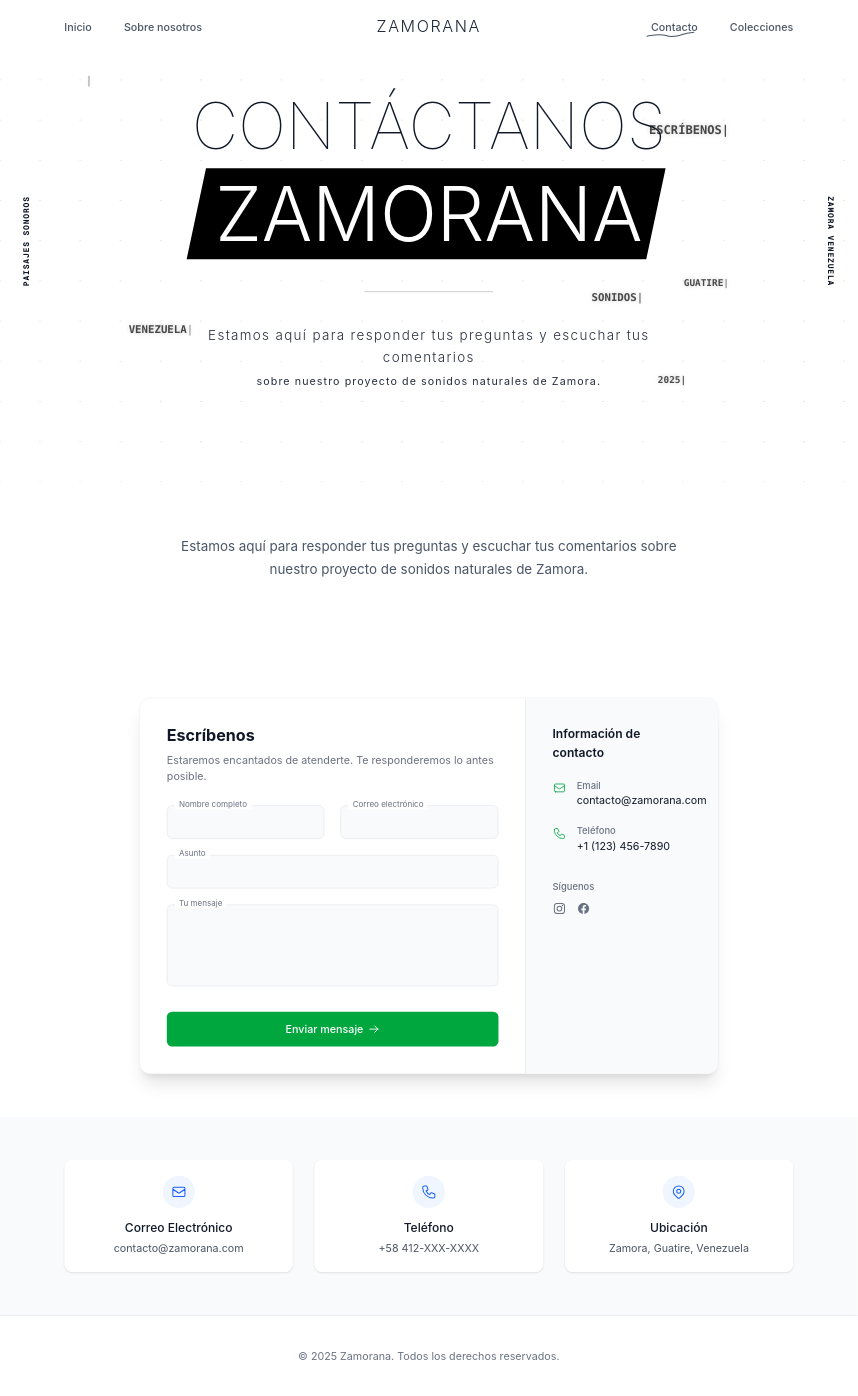
Repository: Alxre98/Zamorana
Page: /contact
These files come from the project's save history. The page is drawn as it stood at one moment and after the next save; the edit follows.
The browser window is 1280 px wide. The pictures show the whole page, at 67% of full size.
The project was rebuilt for these pictures with package versions that can differ from the ones it lists, and the page was loaded fresh each time. The framework's server and built-in components were replaced by stand-ins that run in the browser. Also part of the build but not shown: next.config.ts.

Above is the page before, as saved 2025-06-22 16:38:48.

### src/app/layout.tsx
import type { Metadata } from "next";
import { Geist, Geist_Mono } from "next/font/google";
import "./globals.css";
import { DefaultTemplate } from "@/components/templates/DefaultTemplate";

const geistSans = Geist({
  variable: "--font-geist-sans",
  subsets: ["latin"],
});

const geistMono = Geist_Mono({
  variable: "--font-geist-mono",
  subsets: ["latin"],
});

export const metadata: Metadata = {
  title: "Zamorana - Sonidos de la Naturaleza",
  description: "Explora y descubre los sonidos más relajantes de la naturaleza",
  icons: {
    icon: "/zamorana-logo.png",
    shortcut: "/zamorana-logo.png",
    apple: "/zamorana-logo.png",
  },
  openGraph: {
    title: "Zamorana - Sonidos de la Naturaleza",
    description:
      "Explora y descubre los sonidos más relajantes de la naturaleza",
    type: "website",
    locale: "es_ES",
    url: "https://zamorana.vercel.app",
    siteName: "Zamorana",
  },
};

export default function RootLayout({
  children,
}: Readonly<{
  children: React.ReactNode;
}>) {
  return (
    <html lang="es">
      <body
        className={`${geistSans.variable} ${geistMono.variable} antialiased`}
      >
        <DefaultTemplate>{children}</DefaultTemplate>
      </body>
    </html>
  );
}

### src/app/contact/page.tsx
import { ContactHero } from "@/components/organisms/ContactHero";

export default function ContactPage() {
  return (
    <div className="bg-white">
      <ContactHero />

      <div className="py-20 px-4 max-w-6xl mx-auto">
        <div className="max-w-3xl mx-auto text-center">
          <p className="text-lg md:text-xl text-gray-600 mb-8 leading-relaxed">
            Estamos aquí para responder tus preguntas y escuchar tus comentarios
            sobre nuestro proyecto de sonidos naturales de Zamora.
          </p>
        </div>
      </div>

      <div id="contact-form"></div>

      {/* Contact Form Section */}
      <section className="py-16 px-4 max-w-4xl mx-auto">
        <div className="bg-white rounded-2xl shadow-xl overflow-hidden border border-gray-100">
          <div className="md:flex">
            {/* Left Side - Form */}
            <div className="p-8 md:p-10 md:w-2/3">
              <h2 className="text-2xl font-bold text-gray-900 mb-2">
                Escríbenos
              </h2>
              <p className="text-gray-500 mb-8">
                Estaremos encantados de atenderte. Te responderemos lo antes
                posible.
              </p>

              <form className="space-y-6">
                <div className="grid grid-cols-1 md:grid-cols-2 gap-6">
                  <div className="relative">
                    <input
                      type="text"
                      id="name"
                      name="name"
                      className="peer w-full px-4 py-3 text-gray-700 bg-gray-50 border border-gray-200 rounded-lg focus:ring-2 focus:ring-green-500 focus:border-transparent transition-all duration-200"
                      placeholder=" "
                      required
                    />
                    <label
                      htmlFor="name"
                      className="absolute left-3 -top-2.5 px-1.5 bg-white text-xs text-gray-500 transition-all duration-200 peer-focus:text-green-600 pointer-events-none"
                    >
                      Nombre completo
                    </label>
                  </div>

                  <div className="relative">
                    <input
                      type="email"
                      id="email"
                      name="email"
                      className="peer w-full px-4 py-3 text-gray-700 bg-gray-50 border border-gray-200 rounded-lg focus:ring-2 focus:ring-green-500 focus:border-transparent transition-all duration-200"
                      placeholder=" "
                      required
                    />
                    <label
                      htmlFor="email"
                      className="absolute left-3 -top-2.5 px-1.5 bg-white text-xs text-gray-500 transition-all duration-200 peer-focus:text-green-600 pointer-events-none"
                    >
                      Correo electrónico
                    </label>
                  </div>
                </div>

                <div className="relative">
                  <input
                    type="text"
                    id="subject"
                    name="subject"
                    className="peer w-full px-4 py-3 text-gray-700 bg-gray-50 border border-gray-200 rounded-lg focus:ring-2 focus:ring-green-500 focus:border-transparent transition-all duration-200"
                    placeholder=" "
                    required
                  />
                  <label
                    htmlFor="subject"
                    className="absolute left-3 -top-2.5 px-1.5 bg-white text-xs text-gray-500 transition-all duration-200 peer-focus:text-green-600 pointer-events-none"
                  >
                    Asunto
                  </label>
                </div>

                <div className="relative">
                  <textarea
                    id="message"
                    name="message"
                    rows={4}
                    className="peer w-full px-4 py-3 text-gray-700 bg-gray-50 border border-gray-200 rounded-lg focus:ring-2 focus:ring-green-500 focus:border-transparent transition-all duration-200 resize-none"
                    placeholder=" "
                    required
                  ></textarea>
                  <label
                    htmlFor="message"
                    className="absolute left-3 -top-2.5 px-1.5 bg-white text-xs text-gray-500 transition-all duration-200 peer-focus:text-green-600 pointer-events-none"
                  >
                    Tu mensaje
                  </label>
                </div>

                <div className="pt-2">
                  <button
                    type="submit"
                    className="w-full py-3.5 px-6 bg-green-600 hover:bg-green-700 text-white font-medium rounded-lg transition-all duration-300 flex items-center justify-center space-x-2"
                  >
                    <span>Enviar mensaje</span>
                    <svg
                      className="w-4 h-4"
                      fill="none"
                      stroke="currentColor"
                      viewBox="0 0 24 24"
                      xmlns="http://www.w3.org/2000/svg"
                    >
                      <path
                        strokeLinecap="round"
                        strokeLinejoin="round"
                        strokeWidth="2"
                        d="M14 5l7 7m0 0l-7 7m7-7H3"
                      ></path>
                    </svg>
                  </button>
                </div>
              </form>
            </div>

            {/* Right Side - Info */}
            <div className="bg-gray-50 p-8 md:p-10 md:w-1/3 border-t md:border-t-0 md:border-l border-gray-200">
              <h3 className="text-lg font-semibold text-gray-900 mb-6">
                Información de contacto
              </h3>

              <div className="space-y-6">
                <div className="flex items-start">
                  <div className="flex-shrink-0 mt-1">
                    <svg
                      className="w-5 h-5 text-green-600"
                      fill="none"
                      stroke="currentColor"
                      viewBox="0 0 24 24"
                      xmlns="http://www.w3.org/2000/svg"
                    >
                      <path
                        strokeLinecap="round"
                        strokeLinejoin="round"
                        strokeWidth="1.5"
                        d="M3 8l7.89 5.26a2 2 0 002.22 0L21 8M5 19h14a2 2 0 002-2V7a2 2 0 00-2-2H5a2 2 0 00-2 2v10a2 2 0 002 2z"
                      ></path>
                    </svg>
                  </div>
                  <div className="ml-4">
                    <p className="text-sm font-medium text-gray-500">Email</p>
                    <p className="text-gray-900">contacto@zamorana.com</p>
                  </div>
                </div>

                <div className="flex items-start">
                  <div className="flex-shrink-0 mt-1">
                    <svg
                      className="w-5 h-5 text-green-600"
                      fill="none"
                      stroke="currentColor"
                      viewBox="0 0 24 24"
                      xmlns="http://www.w3.org/2000/svg"
                    >
                      <path
                        strokeLinecap="round"
                        strokeLinejoin="round"
                        strokeWidth="1.5"
                        d="M3 5a2 2 0 012-2h3.28a1 1 0 01.948.684l1.498 4.493a1 1 0 01-.502 1.21l-2.257 1.13a11.042 11.042 0 005.516 5.516l1.13-2.257a1 1 0 011.21-.502l4.493 1.498a1 1 0 01.684.949V19a2 2 0 01-2 2h-1C9.716 21 3 14.284 3 6V5z"
                      ></path>
                    </svg>
                  </div>
                  <div className="ml-4">
                    <p className="text-sm font-medium text-gray-500">
                      Teléfono
                    </p>
                    <p className="text-gray-900">+1 (123) 456-7890</p>
                  </div>
                </div>

                <div className="pt-4">
                  <p className="text-sm font-medium text-gray-500 mb-3">
                    Síguenos
                  </p>
                  <div className="flex space-x-4">
                    <a
                      href="#"
                      className="text-gray-500 hover:text-green-600 transition-colors duration-200"
                    >
                      <span className="sr-only">Instagram</span>
                      <svg
                        className="w-5 h-5"
                        fill="currentColor"
                        viewBox="0 0 24 24"
                        aria-hidden="true"
                      >
                        <path
                          fillRule="evenodd"
                          d="M12.315 2c2.43 0 2.784.013 3.808.06 1.064.049 1.791.218 2.427.465a4.902 4.902 0 011.772 1.153 4.902 4.902 0 011.153 1.772c.247.636.416 1.363.465 2.427.048 1.067.06 1.407.06 4.123v.08c0 2.643-.012 2.987-.06 4.043-.049 1.064-.218 1.791-.465 2.427a4.902 4.902 0 01-1.153 1.772 4.902 4.902 0 01-1.772 1.153c-.636.247-1.363.416-2.427.465-1.067.048-1.407.06-4.123.06h-.08c-2.643 0-2.987-.012-4.043-.06-1.064-.049-1.791-.218-2.427-.465a4.902 4.902 0 01-1.772-1.153 4.902 4.902 0 01-1.153-1.772c-.247-.636-.416-1.363-.465-2.427-.047-1.024-.06-1.379-.06-3.808v-.63c0-2.43.013-2.784.06-3.808.049-1.064.218-1.791.465-2.427a4.902 4.902 0 011.153-1.772A4.902 4.902 0 015.45 2.525c.636-.247 1.363-.416 2.427-.465C8.901 2.013 9.256 2 11.685 2h.63zm-.081 1.802h-.468c-2.456 0-2.784.011-3.807.058-.976.045-1.505.207-1.858.344-.466.182-.8.398-1.15.748-.35.35-.566.683-.748 1.15-.137.353-.3.882-.344 1.857-.047 1.023-.058 1.351-.058 3.807v.468c0 2.456.011 2.784.058 3.807.045.976.207 1.505.344 1.858.182.466.399.8.748 1.15.35.35.683.566 1.15.748.353.137.882.3 1.857.344 1.054.048 1.37.058 4.041.058h.08c2.597 0 2.917-.01 3.96-.058.976-.045 1.505-.207 1.858-.344.466-.182.8-.398 1.15-.748.35-.35.566-.683.748-1.15.137-.353.3-.882.344-1.857.048-1.055.058-1.37.058-4.041v-.08c0-2.597-.01-2.917-.058-3.96-.045-.976-.207-1.505-.344-1.858a3.097 3.097 0 00-.748-1.15 3.098 3.098 0 00-1.15-.748c-.353-.137-.882-.3-1.857-.344-1.023-.047-1.351-.058-3.807-.058zM12 6.865a5.135 5.135 0 110 10.27 5.135 5.135 0 010-10.27zm0 1.802a3.333 3.333 0 100 6.666 3.333 3.333 0 000-6.666zm5.338-3.205a1.2 1.2 0 110 2.4 1.2 1.2 0 010-2.4z"
                          clipRule="evenodd"
                        />
                      </svg>
                    </a>
                    <a
                      href="#"
                      className="text-gray-500 hover:text-green-600 transition-colors duration-200"
                    >
                      <span className="sr-only">Facebook</span>
                      <svg
                        className="w-5 h-5"
                        fill="currentColor"
                        viewBox="0 0 24 24"
                        aria-hidden="true"
                      >
                        <path
                          fillRule="evenodd"
                          d="M22 12c0-5.523-4.477-10-10-10S2 6.477 2 12c0 4.991 3.657 9.128 8.438 9.878v-6.987h-2.54V12h2.54V9.797c0-2.506 1.492-3.89 3.777-3.89 1.094 0 2.238.195 2.238.195v2.46h-1.26c-1.243 0-1.63.771-1.63 1.562V12h2.773l-.443 2.89h-2.33v6.988C18.343 21.128 22 16.991 22 12z"
                          clipRule="evenodd"
                        />
                      </svg>
                    </a>
                  </div>
                </div>
              </div>
            </div>
          </div>
        </div>
      </section>

      {/* Contact Information */}
      <section className="py-16 bg-gray-50">
        <div className="max-w-6xl mx-auto px-4 sm:px-6 lg:px-8">
          <div className="grid grid-cols-1 md:grid-cols-3 gap-8 text-center">
            <div className="p-6 bg-white rounded-xl shadow-sm">
              <div className="w-12 h-12 mx-auto mb-4 rounded-full bg-blue-50 flex items-center justify-center">
                <svg
                  className="w-6 h-6 text-blue-600"
                  fill="none"
                  stroke="currentColor"
                  viewBox="0 0 24 24"
                  xmlns="http://www.w3.org/2000/svg"
                >
                  <path
                    strokeLinecap="round"
                    strokeLinejoin="round"
                    strokeWidth="1.5"
                    d="M3 8l7.89 5.26a2 2 0 002.22 0L21 8M5 19h14a2 2 0 002-2V7a2 2 0 00-2-2H5a2 2 0 00-2 2v10a2 2 0 002 2z"
                  ></path>
                </svg>
              </div>
              <h3 className="text-lg font-medium text-gray-900 mb-1">
                Correo Electrónico
              </h3>
              <p className="text-gray-600">contacto@zamorana.com</p>
            </div>
            <div className="p-6 bg-white rounded-xl shadow-sm">
              <div className="w-12 h-12 mx-auto mb-4 rounded-full bg-blue-50 flex items-center justify-center">
                <svg
                  className="w-6 h-6 text-blue-600"
                  fill="none"
                  stroke="currentColor"
                  viewBox="0 0 24 24"
                  xmlns="http://www.w3.org/2000/svg"
                >
                  <path
                    strokeLinecap="round"
                    strokeLinejoin="round"
                    strokeWidth="1.5"
                    d="M3 5a2 2 0 012-2h3.28a1 1 0 01.948.684l1.498 4.493a1 1 0 01-.502 1.21l-2.257 1.13a11.042 11.042 0 005.516 5.516l1.13-2.257a1 1 0 011.21-.502l4.493 1.498a1 1 0 01.684.949V19a2 2 0 01-2 2h-1C9.716 21 3 14.284 3 6V5z"
                  ></path>
                </svg>
              </div>
              <h3 className="text-lg font-medium text-gray-900 mb-1">
                Teléfono
              </h3>
              <p className="text-gray-600">+58 412-XXX-XXXX</p>
            </div>
            <div className="p-6 bg-white rounded-xl shadow-sm">
              <div className="w-12 h-12 mx-auto mb-4 rounded-full bg-blue-50 flex items-center justify-center">
                <svg
                  className="w-6 h-6 text-blue-600"
                  fill="none"
                  stroke="currentColor"
                  viewBox="0 0 24 24"
                  xmlns="http://www.w3.org/2000/svg"
                >
                  <path
                    strokeLinecap="round"
                    strokeLinejoin="round"
                    strokeWidth="1.5"
                    d="M17.657 16.657L13.414 20.9a1.998 1.998 0 01-2.827 0l-4.244-4.243a8 8 0 1111.314 0z"
                  ></path>
                  <path
                    strokeLinecap="round"
                    strokeLinejoin="round"
                    strokeWidth="1.5"
                    d="M15 11a3 3 0 11-6 0 3 3 0 016 0z"
                  ></path>
                </svg>
              </div>
              <h3 className="text-lg font-medium text-gray-900 mb-1">
                Ubicación
              </h3>
              <p className="text-gray-600">Zamora, Guatire, Venezuela</p>
            </div>
          </div>
        </div>
      </section>
    </div>
  );
}

### src/app/globals.css
@import "tailwindcss";

:root {
  --background: #ffffff;
  --foreground: #171717;
}

@theme inline {
  --color-background: var(--background);
  --color-foreground: var(--foreground);
  --font-sans: var(--font-geist-sans);
  --font-mono: var(--font-geist-mono);
}

/* Blob animation */
@keyframes blob {
  0% {
    transform: translate(0px, 0px) scale(1);
  }
  33% {
    transform: translate(30px, -50px) scale(1.1);
  }
  66% {
    transform: translate(-20px, 20px) scale(0.9);
  }
  100% {
    transform: translate(0px, 0px) scale(1);
  }
}

.animate-blob {
  animation: blob 7s infinite;
}

.animation-delay-2000 {
  animation-delay: 2s;
}

.animation-delay-4000 {
  animation-delay: 4s;
}

/* Smooth scroll behavior */
html {
  scroll-behavior: smooth;
}

/* Custom scrollbar */
::-webkit-scrollbar {
  width: 8px;
  height: 8px;
}

::-webkit-scrollbar-track {
  background: #f1f1f1;
  border-radius: 4px;
}

::-webkit-scrollbar-thumb {
  background: #888;
  border-radius: 4px;
}

::-webkit-scrollbar-thumb:hover {
  background: #555;
}

@media (prefers-color-scheme: dark) {
  :root {
    --background: #0a0a0a;
    --foreground: #ededed;
  }

  ::-webkit-scrollbar-track {
    background: #1a1a1a;
  }

  ::-webkit-scrollbar-thumb {
    background: #444;
  }

  ::-webkit-scrollbar-thumb:hover {
    background: #666;
  }
}

body {
  background: var(--background);
  color: var(--foreground);
  font-family: "Inter", system-ui, -apple-system, BlinkMacSystemFont, "Segoe UI",
    Roboto, "Helvetica Neue", Arial, sans-serif;
  -webkit-font-smoothing: antialiased;
  -moz-osx-font-smoothing: grayscale;
}

### src/components/templates/DefaultTemplate/index.tsx
"use client";

import React, { ReactNode } from "react";
import { Header } from "../../organisms/Header";

interface DefaultTemplateProps {
  children: ReactNode;
  title?: string;
  description?: string;
}

export const DefaultTemplate: React.FC<DefaultTemplateProps> = ({
  children,
  title = "Zamorana - Sonidos de la Naturaleza",
  description = "Explora y descubre los sonidos más relajantes de la naturaleza",
}) => {
  // Usar title y description para el SEO (puedes implementar esto más adelante)
  React.useEffect(() => {
    document.title = title;
    const metaDescription = document.querySelector('meta[name="description"]');
    if (metaDescription) {
      metaDescription.setAttribute("content", description);
    }
  }, [title, description]);
  return (
    <div className="min-h-screen flex flex-col">
      <head>
        <title>{title}</title>
        <meta name="description" content={description} />
      </head>
      <Header />

      <main className="flex-grow">{children}</main>

      <footer className="bg-white border-t border-gray-200">
        <div className="max-w-7xl mx-auto py-12 px-4 overflow-hidden sm:px-6 lg:px-8">
          <p className="text-center text-base text-gray-500">
            &copy; {new Date().getFullYear()} Zamorana. Todos los derechos
            reservados.
          </p>
        </div>
      </footer>
    </div>
  );
};

### src/components/atoms/DigitalText/index.tsx
"use client";

import { useEffect, useState } from "react";
import styles from "./DigitalText.module.css";

interface DigitalTextProps {
  text: string;
  position: { top?: string; right?: string; bottom?: string; left?: string };
  delay?: number;
  duration?: number;
  size?: "xs" | "sm" | "base" | "lg";
  className?: string;
}

export const DigitalText: React.FC<DigitalTextProps> = ({
  text,
  position,
  delay = 0,
  duration = 3000,
  size = "xs",
  className = "",
}) => {
  const [visible, setVisible] = useState(false);
  const [currentText, setCurrentText] = useState("");
  const [currentIndex, setCurrentIndex] = useState(0);
  const [isDeleting, setIsDeleting] = useState(false);

  useEffect(() => {
    const typeSpeed = 100; // Velocidad de escritura (ms)
    const deleteSpeed = 50; // Velocidad de borrado (ms)
    const pauseBeforeDelete = duration; // Usa la prop duration para la pausa antes de borrar
    const pauseBetweenCycles = 3000; // Pausa entre ciclos (ms)

    let timeout: NodeJS.Timeout;

    if (!visible) {
      // Espera inicial basada en el delay
      timeout = setTimeout(() => setVisible(true), delay);
    } else if (isDeleting) {
      // Efecto de borrado
      if (currentIndex > 0) {
        timeout = setTimeout(() => {
          setCurrentText(text.substring(0, currentIndex - 1));
          setCurrentIndex(currentIndex - 1);
        }, deleteSpeed);
      } else {
        // Terminó de borrar, espera y comienza de nuevo
        timeout = setTimeout(() => {
          setIsDeleting(false);
          setCurrentIndex(0);
          setCurrentText("");
        }, pauseBetweenCycles);
      }
    } else {
      // Efecto de escritura
      if (currentIndex < text.length) {
        timeout = setTimeout(() => {
          setCurrentText(text.substring(0, currentIndex + 1));
          setCurrentIndex(currentIndex + 1);
        }, typeSpeed);
      } else {
        // Terminó de escribir, espera y comienza a borrar
        timeout = setTimeout(() => {
          setIsDeleting(true);
        }, pauseBeforeDelete);
      }
    }

    return () => clearTimeout(timeout);
  }, [currentIndex, delay, isDeleting, text, visible, duration]);

  if (!visible) return null;

  const sizeClassMap = {
    xs: styles.textXs,
    sm: styles.textSm,
    base: styles.textBase,
    lg: styles.textLg,
  };

  return (
    <div
      className={`${styles.digitalText} ${sizeClassMap[size]} ${className}`}
      style={{
        ...position,
        opacity: visible ? 1 : 0,
      }}
    >
      {currentText}
      <span className="animate-pulse">|</span>
    </div>
  );
};

### src/components/atoms/DigitalText/DigitalText.module.css
.digitalText {
  position: absolute;
  font-family: ui-monospace, SFMono-Regular, Menlo, Monaco, Consolas,
    "Liberation Mono", "Courier New", monospace;
  color: rgba(0, 0, 0, 0.7);
  text-shadow: 0 0 8px rgba(0, 0, 0, 0.2);
  white-space: nowrap;
  transition: opacity 1000ms;
}

/* Size classes */
.textXs {
  font-size: 0.75rem; /* 12px */
  line-height: 1rem; /* 16px */
}

.textSm {
  font-size: 0.875rem; /* 14px */
  line-height: 1.25rem; /* 20px */
}

.textBase {
  font-size: 1rem; /* 16px */
  line-height: 1.5rem; /* 24px */
}

.textLg {
  font-size: 1.125rem; /* 18px */
  line-height: 1.75rem; /* 28px */
}

Loaded but not shown: src/components/organisms/Header/index.tsx (217 lines, source omitted); src/components/organisms/ContactHero/index.tsx (108 lines, source omitted); src/components/atoms/Icon/index.tsx (114 lines, source omitted)

After the next save:
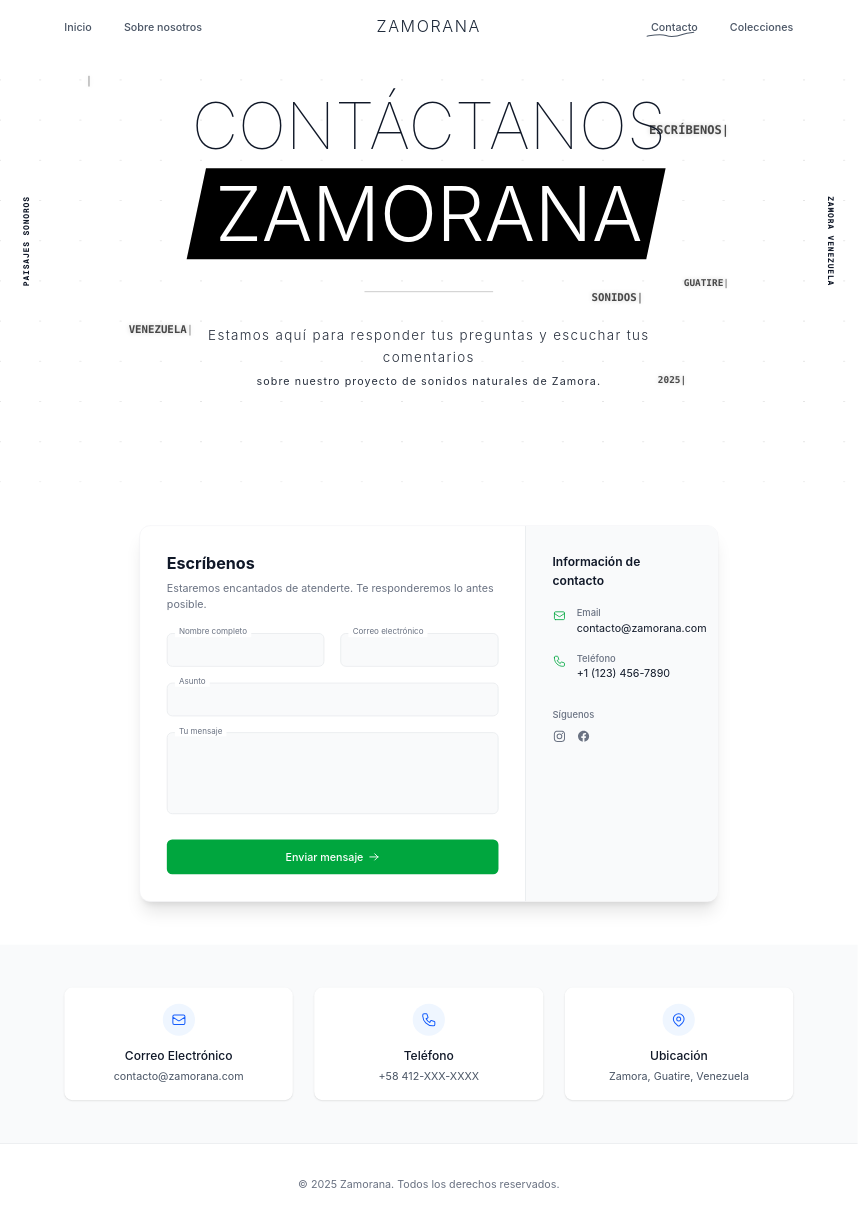
Saved 12 s later.
--- a/src/app/contact/page.tsx
+++ b/src/app/contact/page.tsx
@@ -5,14 +5,7 @@
     <div className="bg-white">
       <ContactHero />
 
-      <div className="py-20 px-4 max-w-6xl mx-auto">
-        <div className="max-w-3xl mx-auto text-center">
-          <p className="text-lg md:text-xl text-gray-600 mb-8 leading-relaxed">
-            Estamos aquí para responder tus preguntas y escuchar tus comentarios
-            sobre nuestro proyecto de sonidos naturales de Zamora.
-          </p>
-        </div>
-      </div>
+
 
       <div id="contact-form"></div>
 
